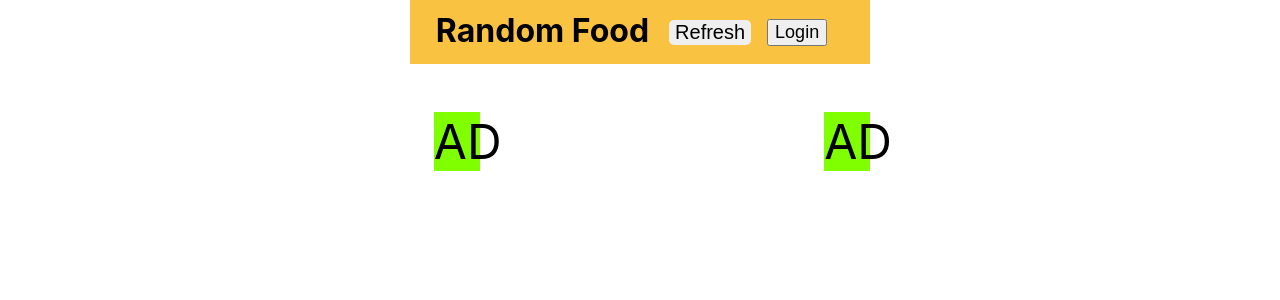
Repository: limjoohyun2030/random-food
Page: /random-food/home
An editor plug-in stored every save of this project. The page is shown before and after the next save, followed by the edit.
The browser window is 1280 px wide. The pictures show the whole page.
The page's requests for data from a server got no answer. The project was rebuilt for these pictures with package versions that can differ from the ones it lists, and the page was loaded fresh each time. A package was used in the major version that the imports need, not the one package.json lists. No one was signed in, and anything a server would have sent is missing. Also part of the build but not shown: src/components/food_detail/food_detail.module.css, src/components/food_detail/food_detail.jsx, src/components/food_item/food_item.module.css, src/components/food_item/food_item.jsx, src/components/login/login.module.css, src/components/login/login.jsx.

Above is the page before, as saved 2021-11-11 17:13:19.

After the next save:
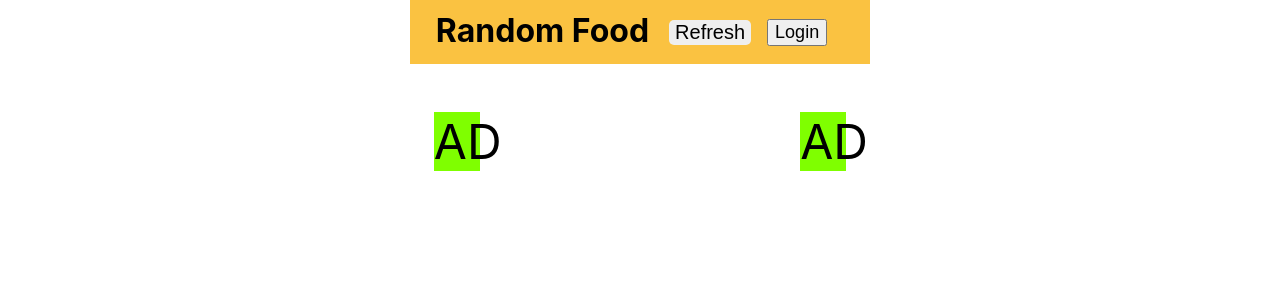
Saved 17 s later.
--- a/src/components/food_list/food_list.module.css
+++ b/src/components/food_list/food_list.module.css
@@ -30,7 +30,7 @@
 
 .sidebarRight {
   margin-top: 1em;
-  margin-left: 0.5em;
+  margin-right: 0.5em;
   background-color: chartreuse;
   font-size: 3em;
   width: 10%;
